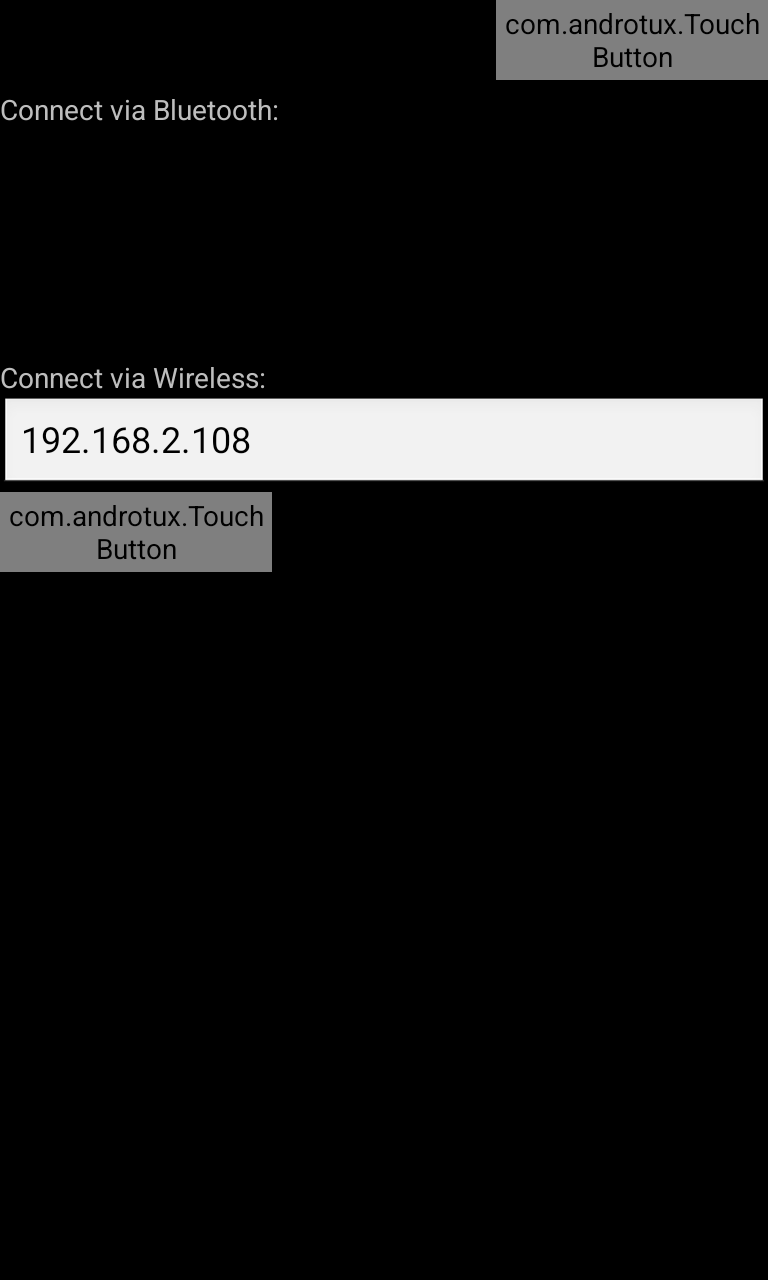
Repository: itayrom/androtux
Layout: app/AndroTux/res/layout/fragment_settings.xml
An editor plug-in stored every save of this project. The layout is shown before and after the next save, followed by the edit.
Pictures or frames that could not be fetched are drawn as grey boxes. It is drawn on a 768 x 1280 px phone screen (xhdpi) without system bars, with theme android:Theme.NoTitleBar.Fullscreen; the app's code is not run. Lists and similar views that code fills are empty.

Above is the layout before, as saved 2014-09-08 23:05:50.

### app/AndroTux/res/layout/fragment_settings.xml
<!--
  Android Remote for Tux (AndroTux)
  Copyright (C) 2014 Itay Rom <1t4yr0m@gmail.com> Tal Sabo <tal.sabo@gmail.com>

  This program is free software: you can redistribute it and/or modify
  it under the terms of the GNU General Public License as published by
  the Free Software Foundation, either version 3 of the License, or
  (at your option) any later version.

  This program is distributed in the hope that it will be useful,
  but WITHOUT ANY WARRANTY; without even the implied warranty of
  MERCHANTABILITY or FITNESS FOR A PARTICULAR PURPOSE.  See the
  GNU General Public License for more details.

  You should have received a copy of the GNU General Public License
  along with this program.  If not, see <http://www.gnu.org/licenses/>.
-->
<LinearLayout xmlns:android="http://schemas.android.com/apk/res/android"
    xmlns:app="http://schemas.android.com/apk/res/com.androtux"
    android:layout_width="fill_parent"
    android:layout_height="fill_parent"
    android:orientation="vertical">

    <LinearLayout
        android:orientation="horizontal"
        android:layout_width="match_parent"
        android:layout_height="45dp"
        android:gravity="right">

        <com.androtux.TouchButton
	        android:id="@+id/btnDisconnect"
	        android:layout_width="136dp"
	        android:layout_height="40dp"
	        app:enabled="false"
	        android:text="Disconnect" />

    </LinearLayout>

    <TextView
        android:layout_width="fill_parent"
        android:layout_height="wrap_content"
        android:text="Connect via Bluetooth:"/>

    <ListView
        android:id="@+id/lvPaired"
        android:layout_width="match_parent"
        android:layout_height="100dp">
    </ListView>

    <TextView
        android:layout_width="fill_parent"
        android:layout_height="wrap_content"
        android:layout_marginTop="15dp"
        android:text="Connect via Wireless:" />

    <EditText
        android:id="@+id/txtWirelessIp"
        android:layout_width="match_parent"
        android:layout_height="wrap_content"
        android:text="192.168.2.108"
        android:ems="10">
	</EditText>

    <com.androtux.TouchButton
        android:id="@+id/btnConnectWireless"
        android:layout_width="136dp"
        android:layout_height="40dp"
        app:enabled="true"
        android:text="Connect" />

</LinearLayout>

After the next save:
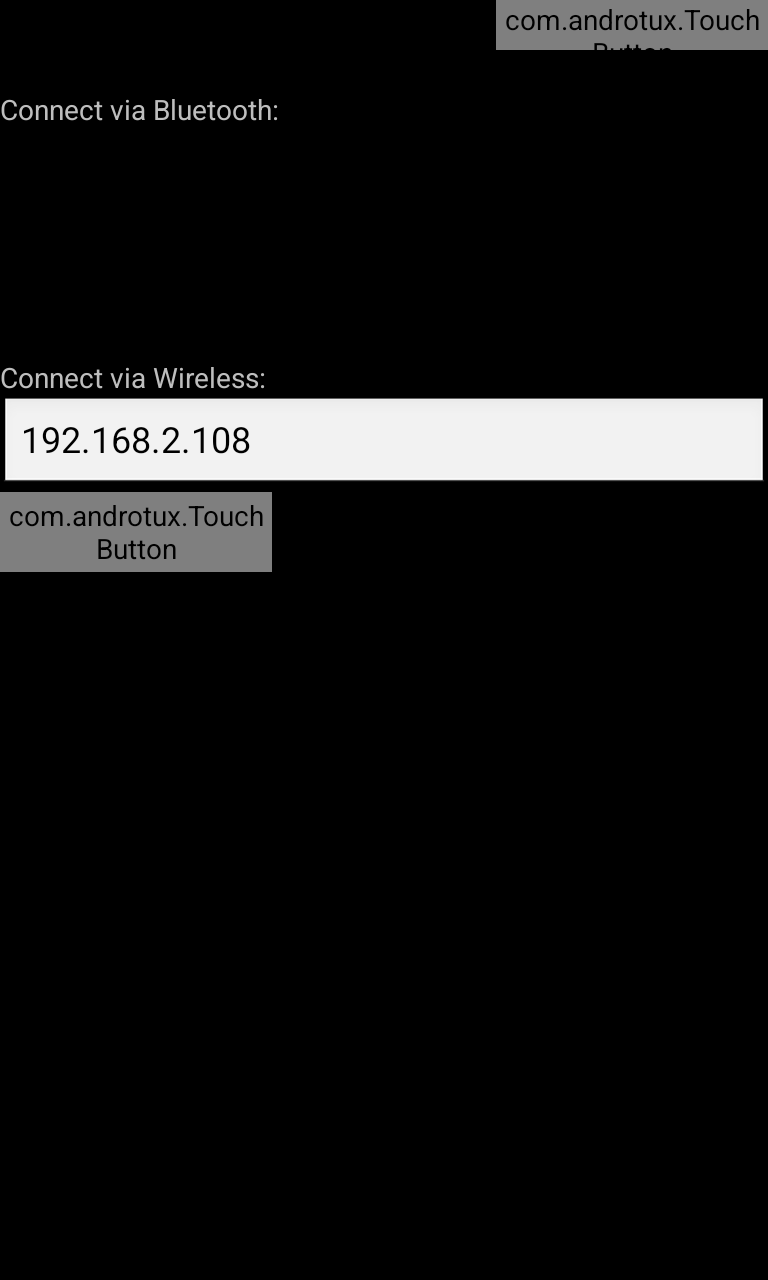
Saved 4 min 43 s later.
--- a/app/AndroTux/res/layout/fragment_settings.xml
+++ b/app/AndroTux/res/layout/fragment_settings.xml
@@ -30,7 +30,7 @@
         <com.androtux.TouchButton
 	        android:id="@+id/btnDisconnect"
 	        android:layout_width="136dp"
-	        android:layout_height="40dp"
+	        android:layout_height="25dp"
 	        app:enabled="false"
 	        android:text="Disconnect" />
 
